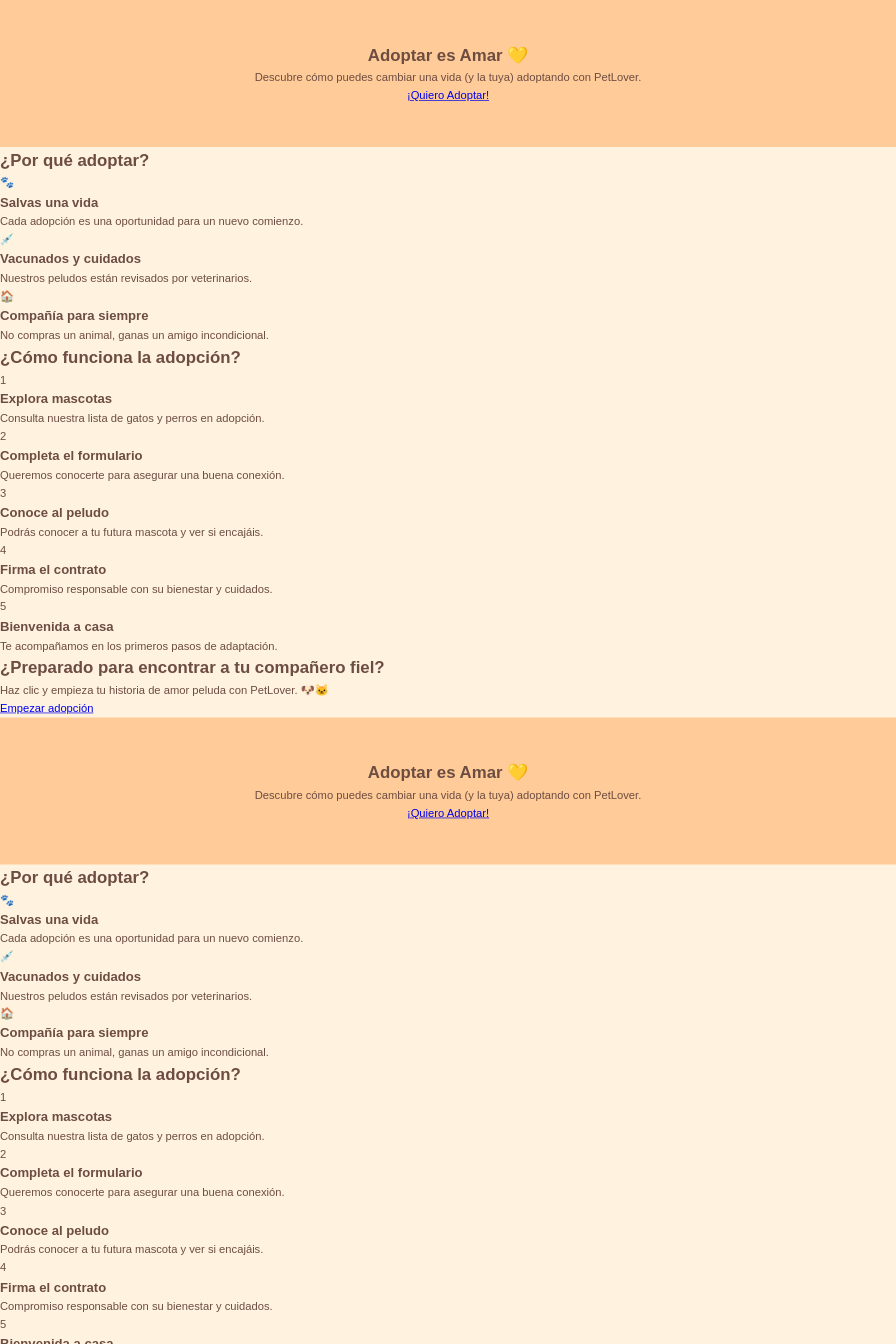
Repository: adriarodrisan/PetLover
Page: Paginas_web/Como_Adoptar.html
An editor plug-in stored every save of this project. The page is shown before and after the next save, followed by the edit.
The browser window is 1280 px wide. The pictures show the part of the page from y = 0 to 1920 px (the page is 3075 px tall before and 3249 px after), at 70% of full size.

Above is the page before, as saved 2025-05-07 14:09:56.

After the next save:
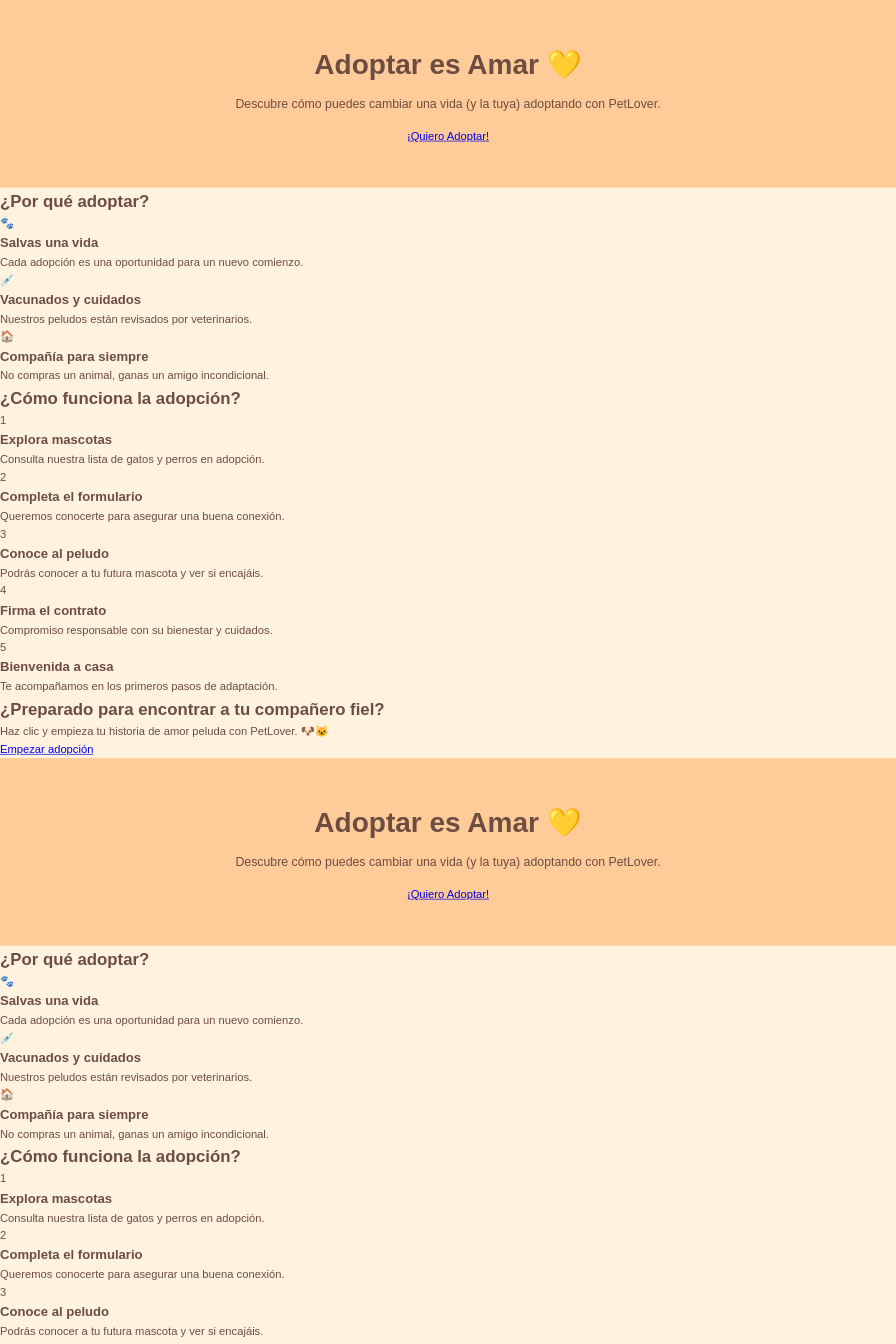
Saved 112 s later.
--- a/Paginas_web/Css_Paginas/Como_Adoptar.css
+++ b/Paginas_web/Css_Paginas/Como_Adoptar.css
@@ -14,3 +14,28 @@
     padding: 60px 20px;
     text-align: center;
   }
+  .contenedor-hero h1 {
+    font-size: 2.5rem;
+    margin-bottom: 10px;
+  }
+
+  .contenedor-hero p {
+    font-size: 1.1rem;
+    margin-bottom: 20px;
+  }
+* {
+    margin: 0;
+    padding: 0;
+    box-sizing: border-box;
+  }
+  body {
+    font-family: 'Arial', sans-serif;
+    background-color: #fff3e0;
+    color: #6d4c41;
+    line-height: 1.6;
+  }
+  .hero-adopcion {
+    background-color: #ffcc99;
+    padding: 60px 20px;
+    text-align: center;
+  }
